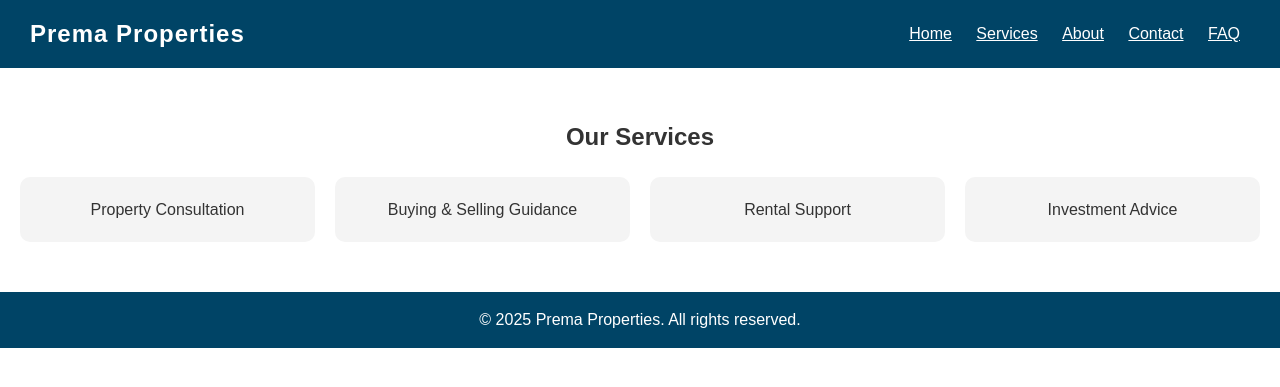
Repository: mnqobiMenzi/Prema-Properties
Page: services.html
The author's editor kept a copy of each file at every save. The page is drawn from the files as they stood at one save, then again after a run of saves.
The browser window is 1280 px wide. The pictures show the whole page.

Above is the page before, as saved 2025-10-04 08:37:48.

After the next 7 saves:
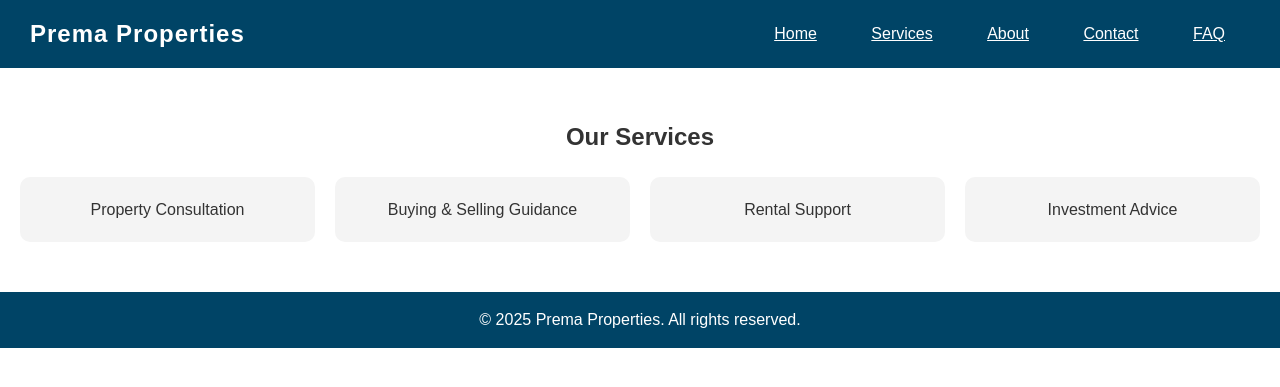
The 7 saves are shown as one change because they came seconds apart.
The last was saved 13 s later.
--- a/CSS/style.css
+++ b/CSS/style.css
@@ -34,7 +34,8 @@ header .logo {
 header nav a {
   margin: 0 10px;
   color: #fff;
-  padding: 8px
+  padding: 8px 15px;
+  border-radius
   text-decoration: none;
   font-weight: 500;
   font-family: 'Poppins', sans-serif;
